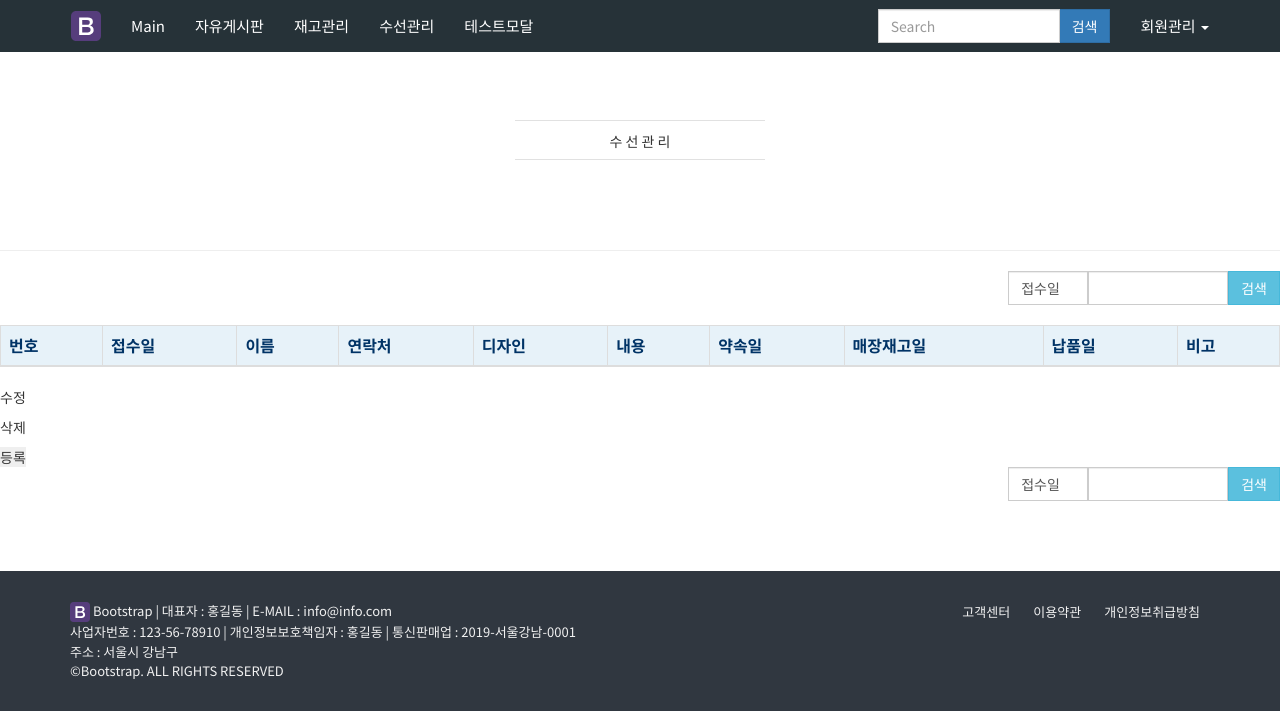
Repository: RattenLegs/Project_Inventory
Page: http://localhost/Project_Inventory/WEB-INF/views/repairboard/repairList.jsp
These files come from the project's save history. The page is drawn as it stood at one moment and after the next save; the edit follows.
The browser window is 1280 px wide. The pictures show the whole page.
Some web libraries are served in a nearby version. The page is served by Tomcat 9. Nobody is signed in. The template is opened directly, without the code that normally fills it, so the values that code supplies are empty.

Above is the page before, as saved 2023-02-11 13:07:03.

After the next save:
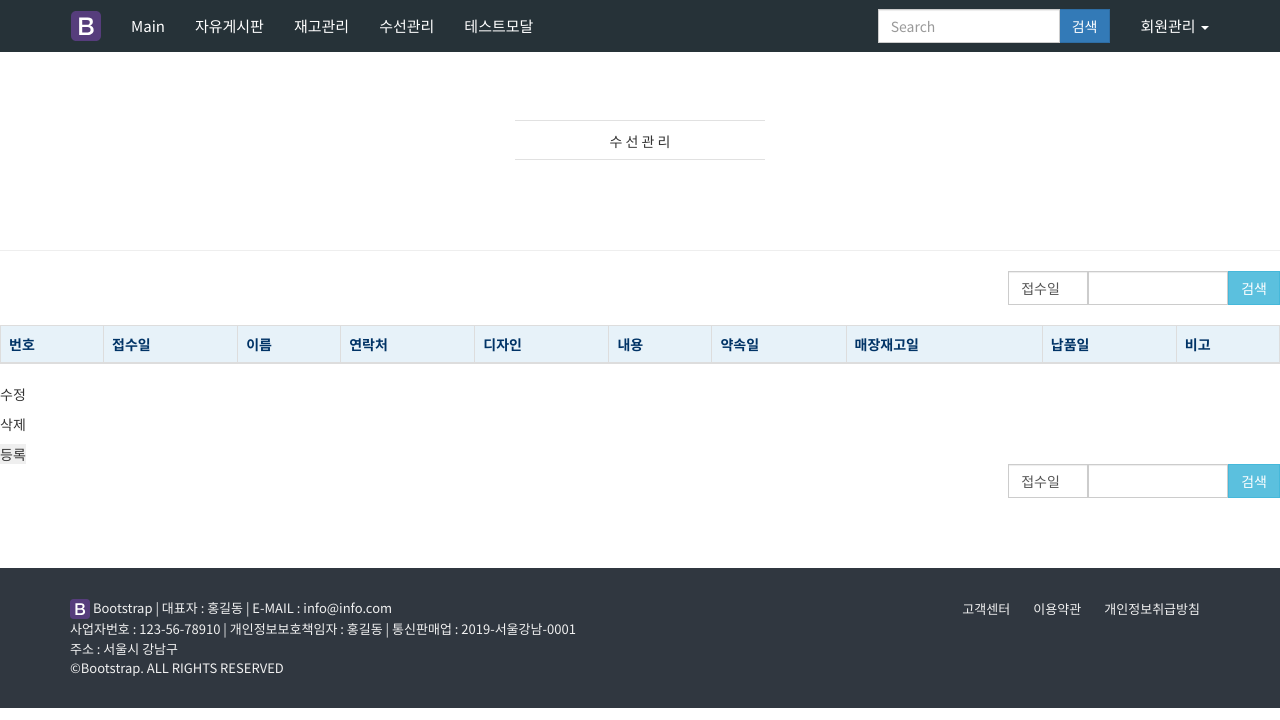
Saved 21 s later.
--- a/Project_Inventory/src/main/webapp/WEB-INF/views/repairboard/repairList.jsp
+++ b/Project_Inventory/src/main/webapp/WEB-INF/views/repairboard/repairList.jsp
@@ -1,7 +1,7 @@
 <%@ taglib uri="http://java.sun.com/jsp/jstl/core" prefix="c"%> <!-- JSTL 라이브러리 추가 -->
 <%@ taglib uri="http://java.sun.com/jsp/jstl/fmt" prefix="fmt" %> <!-- JSTL FMT태그 추가 -->
 <%@ page language="java" contentType="text/html; charset=UTF-8" pageEncoding="UTF-8"%><!-- 한글 깨질때 꼭 해야함 -->
-
+<%@ include file="../../views/include/header.jsp"%>
 <html>
 <head>
 <meta charset="UTF-8">
@@ -13,7 +13,7 @@
 </style>
 
 <title>수선관리 시스템입니다.</title>
-<%@ include file="../../views/include/header.jsp"%>
+
 <link href="${pageContext.request.contextPath}/resources/modal/modal.css" rel="stylesheet">
 </head>
 <body>

After the 5 saves that followed:
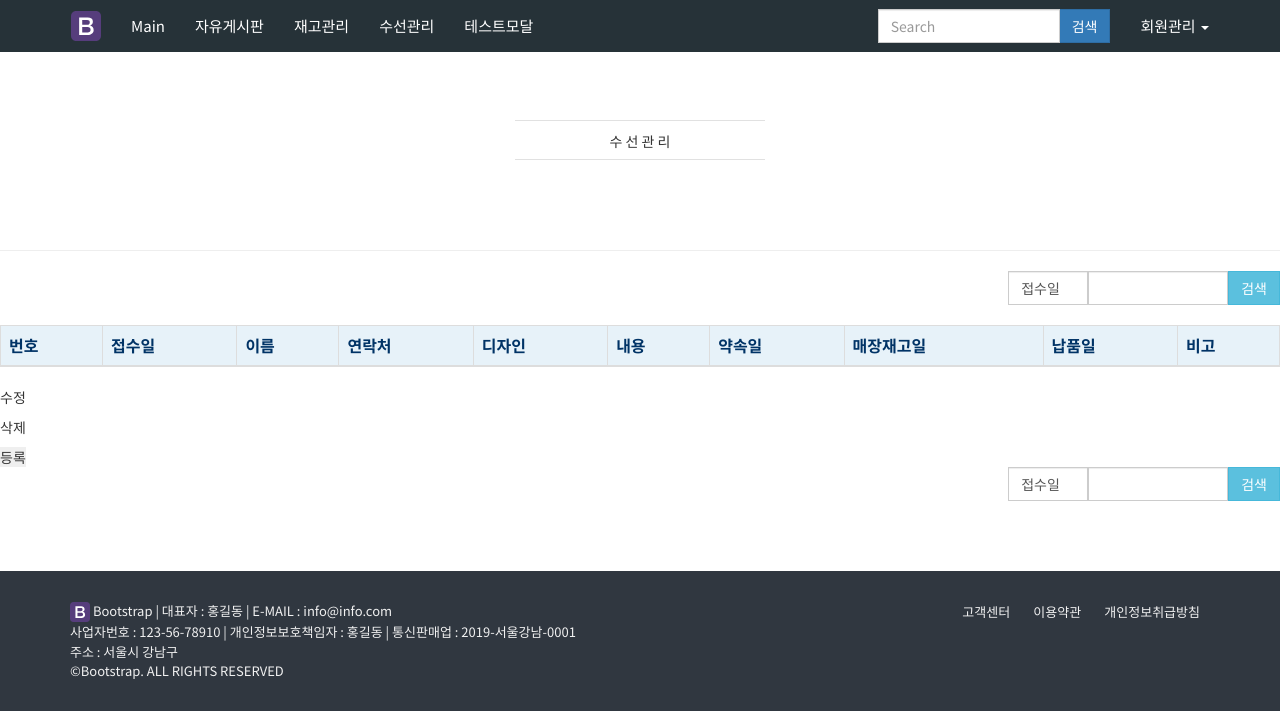
The 5 saves are shown as one change because 3 left the picture as it was and some came seconds apart.
The last was saved 2 min 12 s later.
--- a/Project_Inventory/src/main/webapp/WEB-INF/views/repairboard/repairList.jsp
+++ b/Project_Inventory/src/main/webapp/WEB-INF/views/repairboard/repairList.jsp
@@ -1,19 +1,12 @@
 <%@ taglib uri="http://java.sun.com/jsp/jstl/core" prefix="c"%> <!-- JSTL 라이브러리 추가 -->
 <%@ taglib uri="http://java.sun.com/jsp/jstl/fmt" prefix="fmt" %> <!-- JSTL FMT태그 추가 -->
 <%@ page language="java" contentType="text/html; charset=UTF-8" pageEncoding="UTF-8"%><!-- 한글 깨질때 꼭 해야함 -->
-<%@ include file="../../views/include/header.jsp"%>
+
 <html>
 <head>
-<meta charset="UTF-8">
-<meta http-equiv="X-UA-Compatible" content="IE=edge">
-<meta name="viewport" content="width=device-width, initial-scale=1.0">
-
-<style>
-
-</style>
 
 <title>수선관리 시스템입니다.</title>
-
+<%@ include file="../../views/include/header.jsp"%>
 <link href="${pageContext.request.contextPath}/resources/modal/modal.css" rel="stylesheet">
 </head>
 <body>
